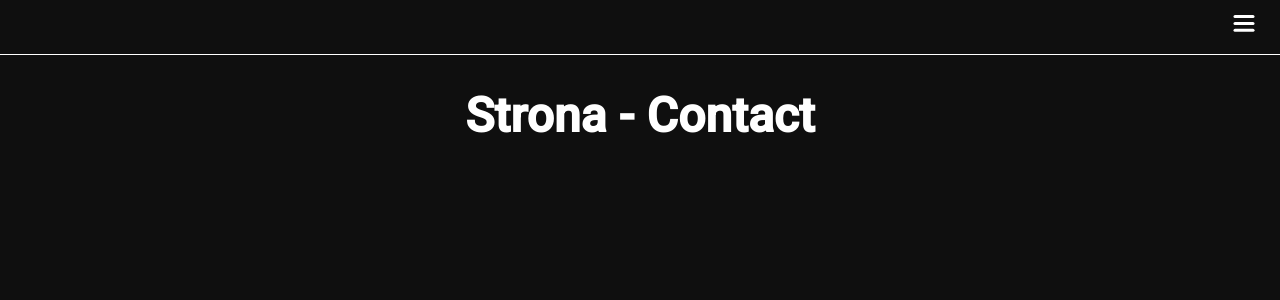
Repository: KrzysKolo/sr_tydzien5_zad3
Page: /Contact
These files come from the project's save history. The page is drawn as it stood at one moment and after the next save; the edit follows.
The browser window is 1280 px wide. The pictures show the whole page.
The project was rebuilt for these pictures with package versions that can differ from the ones it lists, and the page was loaded fresh each time. Also part of the build but not shown: src/components/pages/Home.js, src/components/pages/About.js, src/components/pages/Products.js.

Above is the page before, as saved 2020-12-31 12:42:38.

### public/index.html
<!DOCTYPE html>
<html lang="en">
  <head>
    <meta charset="utf-8" />
    <link rel="icon" href="%PUBLIC_URL%/favicon.ico" />
    <meta name="viewport" content="width=device-width, initial-scale=1" />
    <meta name="theme-color" content="#000000" />
    <meta
      name="description"
      content="Web site created using create-react-app"
    />
    <link rel="apple-touch-icon" href="%PUBLIC_URL%/logo192.png" />
    <!--
      manifest.json provides metadata used when your web app is installed on a
      user's mobile device or desktop. See https://developers.google.com/web/fundamentals/web-app-manifest/
    -->
    <link rel="manifest" href="%PUBLIC_URL%/manifest.json" />
    <!--
      Notice the use of %PUBLIC_URL% in the tags above.
      It will be replaced with the URL of the `public` folder during the build.
      Only files inside the `public` folder can be referenced from the HTML.

      Unlike "/favicon.ico" or "favicon.ico", "%PUBLIC_URL%/favicon.ico" will
      work correctly both with client-side routing and a non-root public URL.
      Learn how to configure a non-root public URL by running `npm run build`.
    -->
    <link rel="preconnect" href="https://fonts.gstatic.com">
    <link href="https://fonts.googleapis.com/css2?family=Poppins:wght@300;400&family=Roboto:wght@500&display=swap" rel="stylesheet">
    <title>Menu nawigacyjne</title>
  </head>
  <body>
    <noscript>You need to enable JavaScript to run this app.</noscript>
    <div id="root"></div>
    <!--
      This HTML file is a template.
      If you open it directly in the browser, you will see an empty page.

      You can add webfonts, meta tags, or analytics to this file.
      The build step will place the bundled scripts into the <body> tag.

      To begin the development, run `npm start` or `yarn start`.
      To create a production bundle, use `npm run build` or `yarn build`.
    -->
  </body>
</html>

### src/App.js
import React from 'react';
import styled from 'styled-components';
import './App.css';
import { BrowserRouter as Router, Route } from 'react-router-dom';
import Navbar from './components/navbar/Navbar';
import Home from './components/pages/Home';
import Contact from './components/pages/Contact';
import About from './components/pages/About';
import Products from './components/pages/Products';

const AppContainer = styled.div`
  width: 100vw;
  height: 100vh;
  display: flex;
  flex-direction: column;
  align-items: center;
  background-color: rgba(15, 15, 15, 1);
  color: #fff;
`;
const InnerContainer = styled.div`
  width: 100%;
  display: flex;
  flex-direction: column;
  align-items: center;
  padding: 2rem;
`;
const SomeContent = styled.h2`
  color: #fff;
`;
const App = () => {
  return (
    <Router>
      <AppContainer>
        <Navbar />
        <InnerContainer>
          <SomeContent>
            <Route path="/" exact component={Home} />
            <Route path="/About" component={About} />
            <Route path="/Contact" component={Contact} />
            <Route path="/Products" component={Products} />
          </SomeContent>
        </InnerContainer>
      </AppContainer>
    </Router>
  )
}

export default App;

### src/App.css
* {
  box-sizing: border-box;
  padding: 0;
  margin: 0;
}
body {
  font-family: "Roboto", sans-serif;
}

### src/components/navbar/Navbar.js
import React from 'react';
import styled from 'styled-components';
import HamburgerMenu from './../../components/hamburgerMenu/HamburgerMenu';

const NavbarContainer = styled.div`
    width: 100vw;
    height: 55px;
    border-bottom: 1px solid #fff;
    display: flex;
    flex-direction: row-reverse;
    align-items: center;
    padding: 0 1.5rem;
`;
const Navbar = () => {
    return (
        <NavbarContainer>
            <HamburgerMenu />
        </NavbarContainer>
    )
}

export default Navbar;

### src/components/pages/Contact.js
import React from 'react';

const Contact = () => {
    return (
        <>
            <h1>Strona - Contact</h1>
        </>
    )
}

export default Contact;

### src/components/hamburgerMenu/HamburgerMenu.js
import React, { useState } from 'react';
import styled from 'styled-components';
import MenuToggle from './MenuToggle';
import NavMenu from './NavMenu';
import { motion } from 'framer-motion';
import { FontAwesomeIcon } from '@fortawesome/react-fontawesome';
import { faUserCircle } from '@fortawesome/free-solid-svg-icons';

const HamburgerMenuContainer = styled.div`
    display: flex;
`;

const HamburgerIcon = styled.div`
    color: ${({ reverseColor }) => reverseColor ? "#000" : "#fff"};
    cursor: pointer;
    z-index: 99;
    transition: all 0.25s ease-in-out;
`;

const MenuContainer = styled(motion.div)`
    height: 100%;
    width: 100%;
    max-width: 100%;
    background-color: #fff;
    box-shadow: -2px 0 2px rgba(15, 15, 15, 0.3);
    z-index: 90;
    position: fixed;
    top: 0;
    right: 0;
    transform: translateX(4em);
    user-select: none;
    padding: 1rem 2.5rem;

`;

const TopContainer = styled.div`
    display: flex;
    width: 100%;
`;

const IconContainer = styled.div`
    font-size: 15px;
    color: #555;
    padding-right: 5px;
`;

const LoginButton = styled(motion.button)`
    border: 0;
    background: transparent;
    color: #555;
    display: flex;
    flex-direction: row;
    font-size: 13px;
    font-weight: 700;
    transition: all .25s ease-in-out;
    &:hover {
        color: #666;
    }
    &:focus {
        outline: none;
    }
    &:not(:last-of-type){
        border-right: 1px solid #cecece;
        padding-right: 10px;
        margin-right: 10px;
    }
`;

const ContentContainer = styled.div`
    display: flex;
    flex-direction: column;
    margin-top: 1rem;
`;

const menuTransition = { type: "spring", duration: 1, stiffness: 33, delay: 0.1 }
const menuVariants = {
    open: {
        transform: "translateX(3%)",
    },
    closed: {
        transform: "translateX(103%)",
    },
}

const HamburgerMenu = (props) => {
    const [isOpen, setIsOpen] = useState(false)
    const toggleMenu = () => {
        setIsOpen(!isOpen);
    }
    return (
        <HamburgerMenuContainer>
            <HamburgerIcon>
                <MenuToggle toggle={toggleMenu} isOpen={isOpen} />
            </HamburgerIcon>

            <MenuContainer
            initial={false}
            animate={isOpen ? "open" : "closed"}
            variants={menuVariants}
            transition={menuTransition}>
                <TopContainer>
                    <LoginButton>
                        <IconContainer>
                            <FontAwesomeIcon icon={faUserCircle}/>
                        </IconContainer>
                        LOGIN
                    </LoginButton>
                    <LoginButton>
                        JOIN US
                    </LoginButton>
                </TopContainer>
                <ContentContainer>
                    <NavMenu toggle={toggleMenu}  isOpen={isOpen} />
                </ContentContainer>
            </MenuContainer>

        </HamburgerMenuContainer>
    )
}

export default HamburgerMenu;

### src/components/hamburgerMenu/MenuToggle.js
import { motion } from 'framer-motion';
import React from 'react';
import styled from 'styled-components';

const Button = styled.div`
    z-index: 99;
    cursor: pointer;
`;

const Path = (props) => (
    <motion.path fill="transparent" strokeLinecap="round" strokeWidth="3" {...props} />
)
const transition = { duration: 0.3 };
const MenuToggle = ({ toggle, isOpen }) => {
    return (
        <Button onClick={toggle}>
            <svg width="23" height="23" viewBox="0 0 23 23">
                <Path animate={isOpen ? "open" : "closed"} initial={false}
                variants={{
                    closed: {d: "M 2 2.5 L 20 2.5", stroke: "hsl(0, 0%, 100%)"},
                    open: {d: "M 3 16.5 L 17 2.5", stroke: "hsl(0, 0%, 18%)"},
                }} transition={transition} />
                <Path
                d="M 2 9.423 L 20 9.423"
                stroke="hsl(0, 0%, 100%)"
                animate={isOpen ? "open" : "closed"}
                initial={false}
                variants={{
                    closed: { opacity: 1},
                    open: { opacity: 0 },
                }} transition={transition} />
                <Path
                animate={isOpen ? "open" : "closed"}
                 initial={false}
                variants={{
                    closed: {d: "M 2 16.346 L 20 16.346", stroke: "hsl(0, 0%, 100%)"},
                    open: {d: "M 3 2.5 L 17 16.346", stroke: "hsl(0, 0%, 18%)"},
                }} transition={transition} />
            </svg>

        </Button>
    )
}

export default MenuToggle;

### src/components/hamburgerMenu/NavMenu.js
import React from 'react';
import styled from 'styled-components';
import { motion } from 'framer-motion';
import { NavLink } from 'react-router-dom';

const NavMenuContainer = styled.div`
    width: 100%;
    display: flex;
    flex-direction: column;
`;
const NavList = styled.ul`
    padding: 0 0.8em;
    width: 100%;
    display: flex;
    flex-direction: column;
`;
const NavButton = styled.div`
    background: linear-gradient(90deg, rgba(219,219,219,0.1) 0%, rgba(255,255,255,1)  50%, rgba(219,219,219,0.1) 100%);
    text-align: center;
    line-height: 55px;
    border-bottom: 2px solid rgba(219, 219, 219, .4);
    color: #555;
    font-size: 18px;
    margin-right: 30px;
    font-weight: 600;
    height: 55px;
    transition: all 0.25s ease-in-out;
    &:hover{
        background: linear-gradient(90deg, rgba(255,255,255,1) 0%, rgba(219,219,219,0.1) 50%, rgba(255,255,255,1) 100%);
        color: rgb(255, 0, 0);
    }
`;
const NavLinks = styled(motion.li)`
    border-bottom: 2px solid rgba(219, 219, 219, .4);
    margin-right: 30px;
    font-weight: 600;
    height: 55px;
    display: flex;
    align-items: center;
    cursor: pointer;

    a {
        font-size: 18px;
        color: #444;
        text-decoration: none;
        transition: all 0.2s ease-in-out;
    }
    .active {
        border-left: 6px solid red;
        padding-left: 5px;
}
    &:hover {
        background: linear-gradient(90deg, rgba(255,255,255,1) 0%, rgba(219,219,219,0.1) 50%, rgba(255,255,255,1) 100%);
        border-bottom: 2px solid rgba(219, 219, 219, .2);
        a {
            color: rgba(85, 85, 85, .8);
        }

    }
`;
const variants = {
    show: {
        transform: "translateX(0em)",
        opacity: 1,
    },
    hide: {
        transform: "translateX(5em)",
        opacity: 0,
    },
}
const NavMenu = ({ isOpen, toggle }) => {
    return (
        <NavMenuContainer>
            <NavList>
                <NavLinks
                initial={false}
                animate={ isOpen ? "show" : "hide"}
                variants={{
                    show: {
                         ...variants.show,
                         transition: { delay: 0.3, duration: 0.2},
                        },
                    hide: {
                        ...variants.hide,
                        transition: { delay: 0.05, duration: 0.05 },
                        },
                    }}
    >
                    <NavLink to="/" exact>Home</NavLink>
                </NavLinks>
                <NavLinks
                initial={false}
                animate={ isOpen ? "show" : "hide"}
                variants={{
                    show: {
                         ...variants.show,
                         transition: { delay: 0.4, duration: 0.2},
                        },
                    hide: {
                        ...variants.hide,
                        transition: { delay: 0.1, duration: 0.05 },
                        },
                    }}
    >
                    <NavLink to="/products">Products</NavLink>
                </NavLinks>
                <NavLinks
                initial={false}
                animate={ isOpen ? "show" : "hide"}
                variants={{
                    show: {
                         ...variants.show,
                         transition: { delay: 0.5, duration: 0.2},
                        },
                    hide: {
                        ...variants.hide,
                        transition: { delay: 0.15, duration: 0.05 },
                        },
                    }}
    >
                    <NavLink to="/about">About</NavLink>
                </NavLinks>
                <NavLinks
                initial={false}
                animate={ isOpen ? "show" : "hide"}
                variants={{
                    show: {
                         ...variants.show,
                         transition: { delay: 0.6, duration: 0.2},
                        },
                    hide: {
                        ...variants.hide,
                        transition: { delay: 0.2, duration: 0.05 },
                        },
                    }}
    >
                    <NavLink to="/contact">Contact</NavLink>
                </NavLinks>
                <NavButton onClick={toggle}>Close</NavButton>

            </NavList>
        </NavMenuContainer>

    )
}

export default NavMenu;

Loaded but not shown: src/index.js (common file); src/index.css (common file)

After the next save:
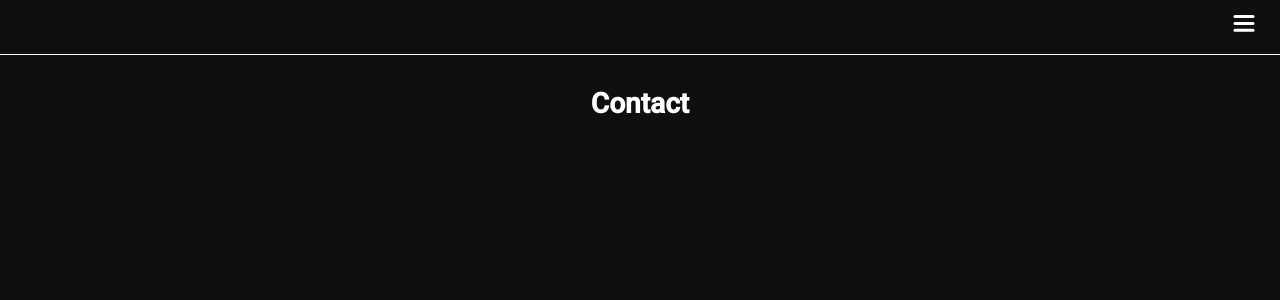
Saved 11 s later.
--- a/src/components/pages/Contact.js
+++ b/src/components/pages/Contact.js
@@ -3,7 +3,7 @@ import React from 'react';
 const Contact = () => {
     return (
         <>
-            <h1>Strona - Contact</h1>
+            <h3>Contact</h3>
         </>
     )
 }
